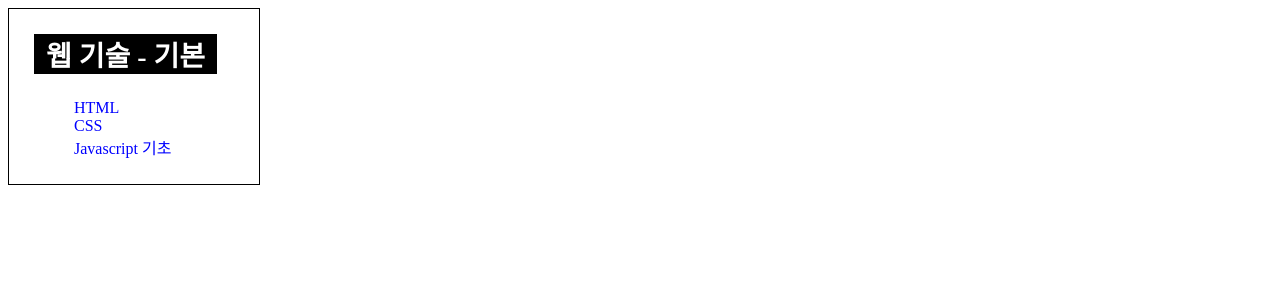
Repository: dudadab/Hhyundaiezwel_Academy
Page: CSS01/src/main/webapp/test1.html
The author's editor kept a copy of each file at every save. The page is drawn from the files as they stood at one save, then again after the next save.
The browser window is 1280 px wide. The pictures show the whole page.

Above is the page before, as saved 2025-07-02 06:28:25.

After the next save:
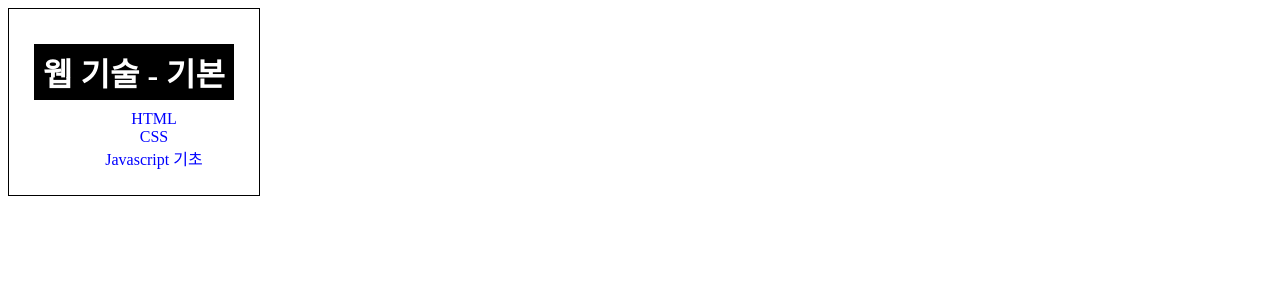
Saved 106 s later.
--- a/CSS01/src/main/webapp/test1.html
+++ b/CSS01/src/main/webapp/test1.html
@@ -8,14 +8,15 @@
     		border:solid 1px #000;
     		padding:25px;
     		width:200px;
+    		text-align:center;
     	}
     	.box h1 {
     		background-color:black;
     		color:white;
-    		font-size:28px;
-    		padding: 0px 12px;
-    		margin: 0 0 25px 0;
-    		display:inline-block;
+
+    		padding:5px;
+    		margin:10px 0;
+
 
     	}
     	.box ul{
